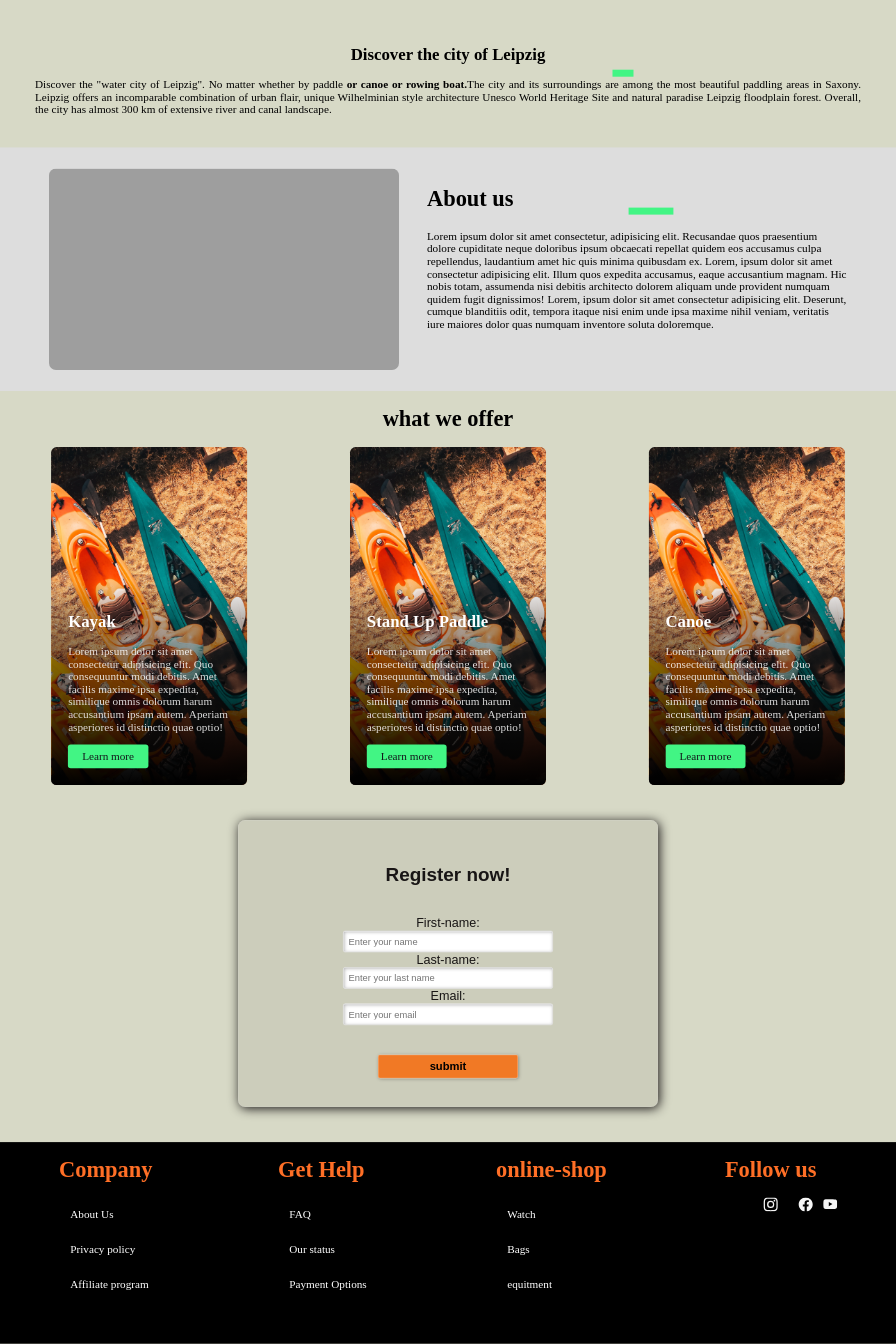
Repository: joseluis2289/Responsive-club-website
Page: index.html
The author's editor kept a copy of each file at every save. The page is drawn from the files as they stood at one save, then again after the next save.
The browser window is 1280 px wide. The pictures show the part of the page from y = 811 to 2731 px (the page is 2731 px tall), at 70% of full size.
Pictures or frames that could not be fetched are drawn as grey boxes.

Above is the page before, as saved 2021-08-24 23:59:44.

After the next save:
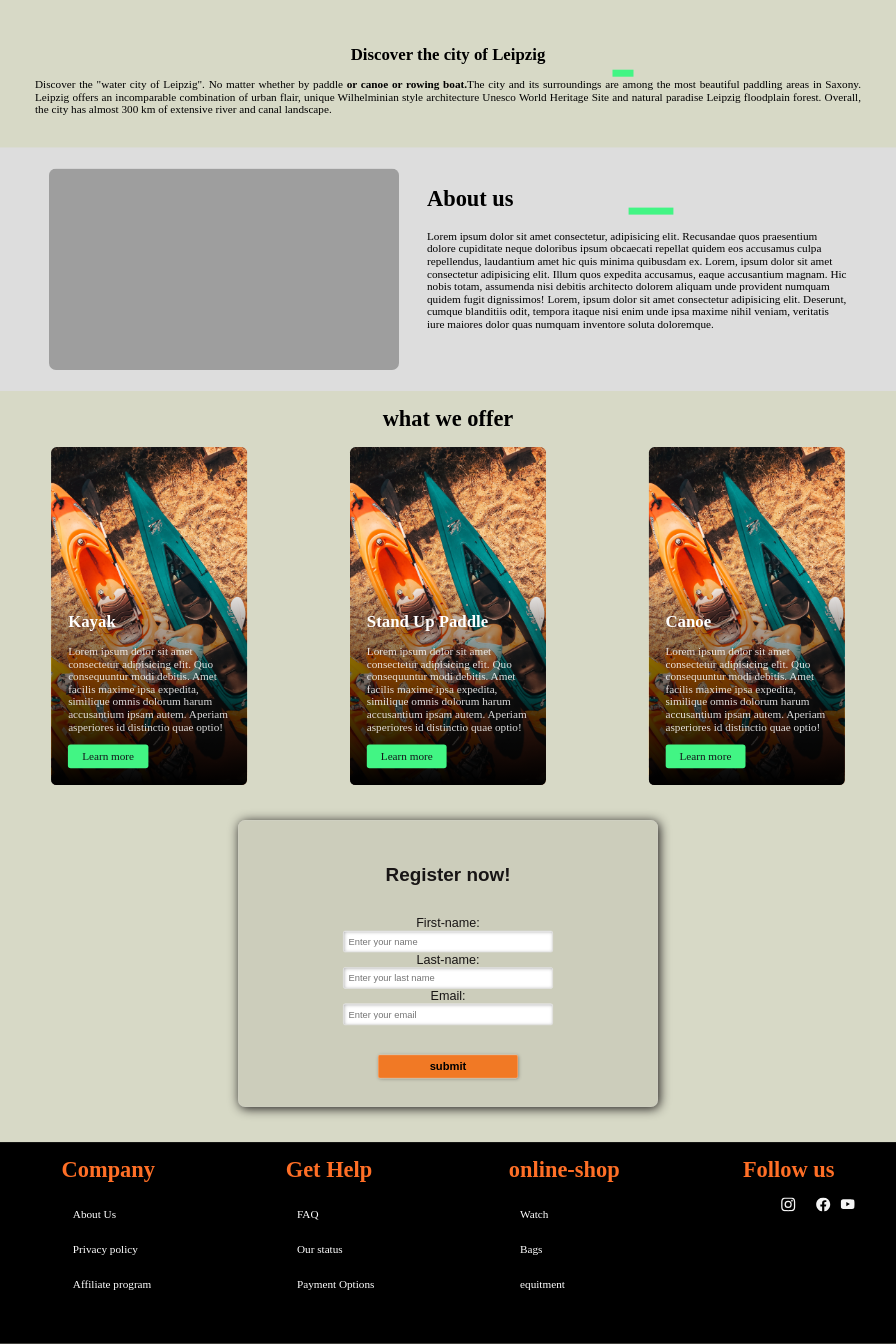
Saved 12 s later.
--- a/style.css
+++ b/style.css
@@ -428,7 +428,7 @@
 }
 .follow-us-list{
     display: flex;
-    justify-content: start;
+    width: 30px;
 }
 .follow-us-list li{
     list-style: none;

After the 2 saves that followed:
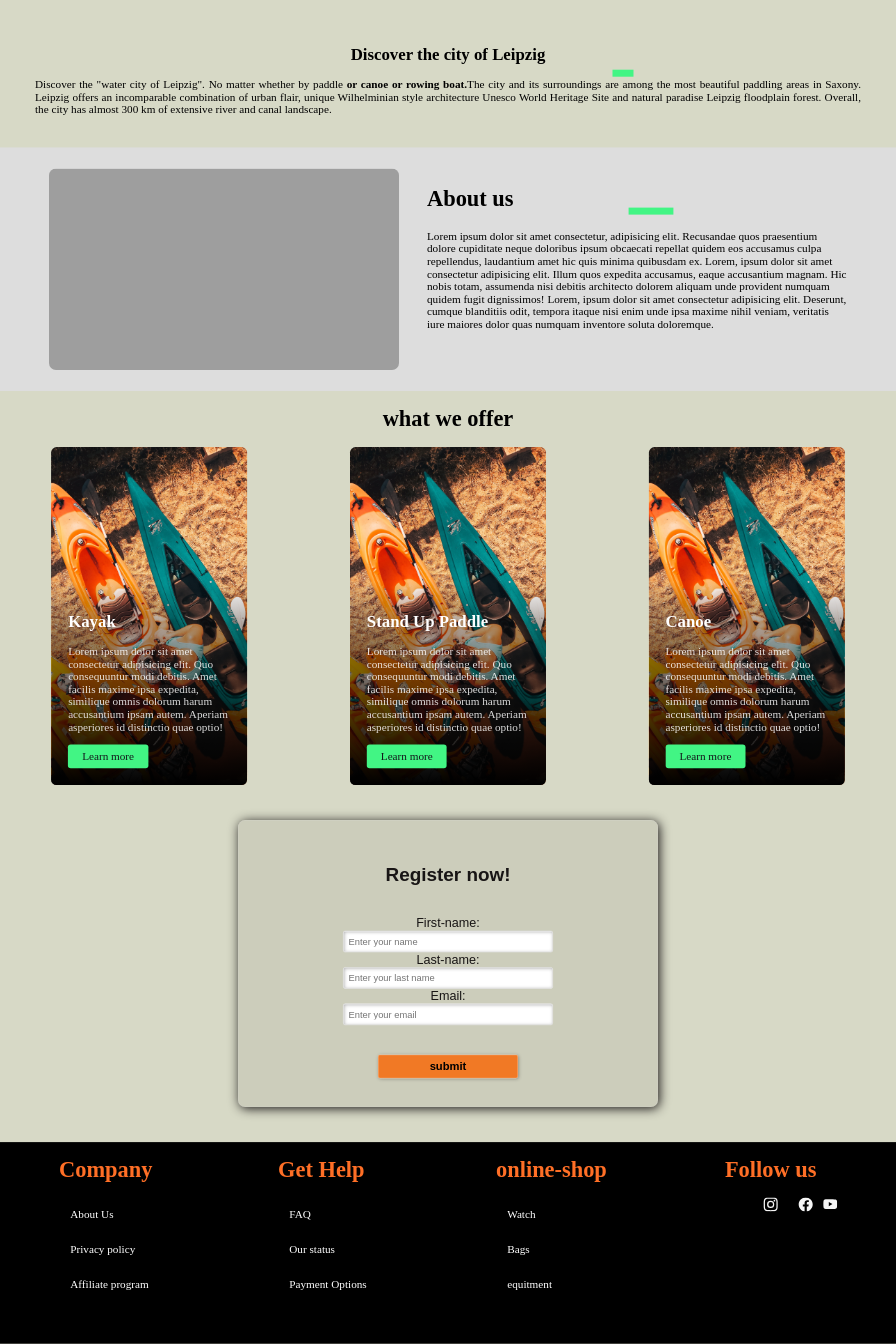
The 2 saves are shown as one change because 1 left the picture as it was.
The last was saved 12 s later.
--- a/style.css
+++ b/style.css
@@ -428,7 +428,7 @@
 }
 .follow-us-list{
     display: flex;
-    width: 30px;
+
 }
 .follow-us-list li{
     list-style: none;
